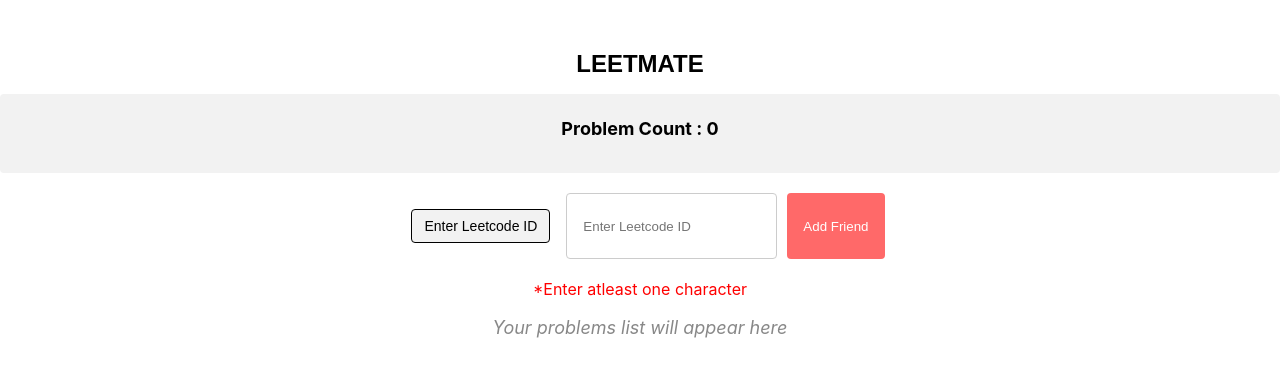
Repository: Sanketh149/leetcode-discord
Page: /
These files come from the project's save history. The page is drawn as it stood at one moment and after the next save; the edit follows.
The browser window is 1280 px wide. The pictures show the whole page.
The project was rebuilt for these pictures with package versions that can differ from the ones it lists, and the page was loaded fresh each time. Also part of the build but not shown: src/Modal.module.css, src/Modal.js, src/Cart.module.css, src/Cart.js.

Above is the page before, as saved 2023-06-21 18:34:10.

After the next save:
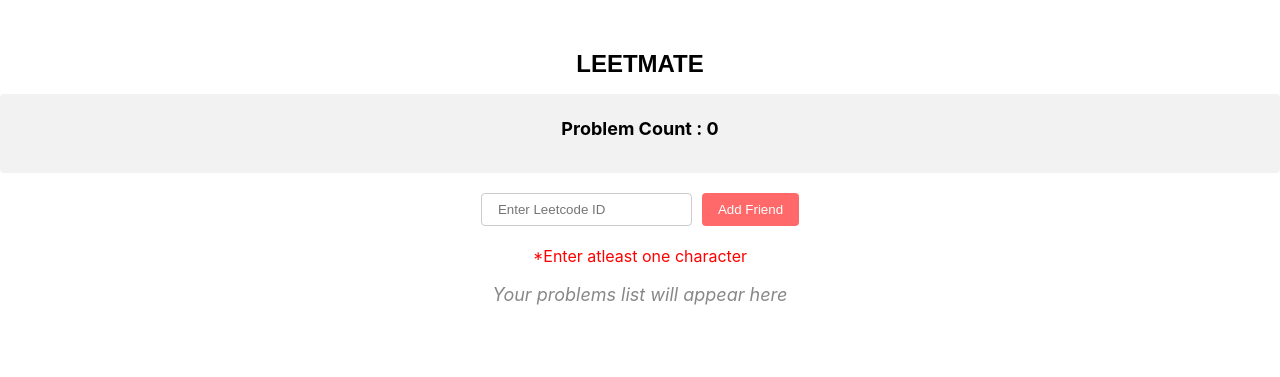
Saved 12 s later.
--- a/src/App.js
+++ b/src/App.js
@@ -86,7 +86,6 @@
         <p className="problemCount">Problem Count : {user.length}</p>
       </div>
       <form onSubmit={handleSubmit} className="app__form">
-        <button className="displayNameButton"> Enter Leetcode ID </button>
         <input
           type="text"
           value={username}
